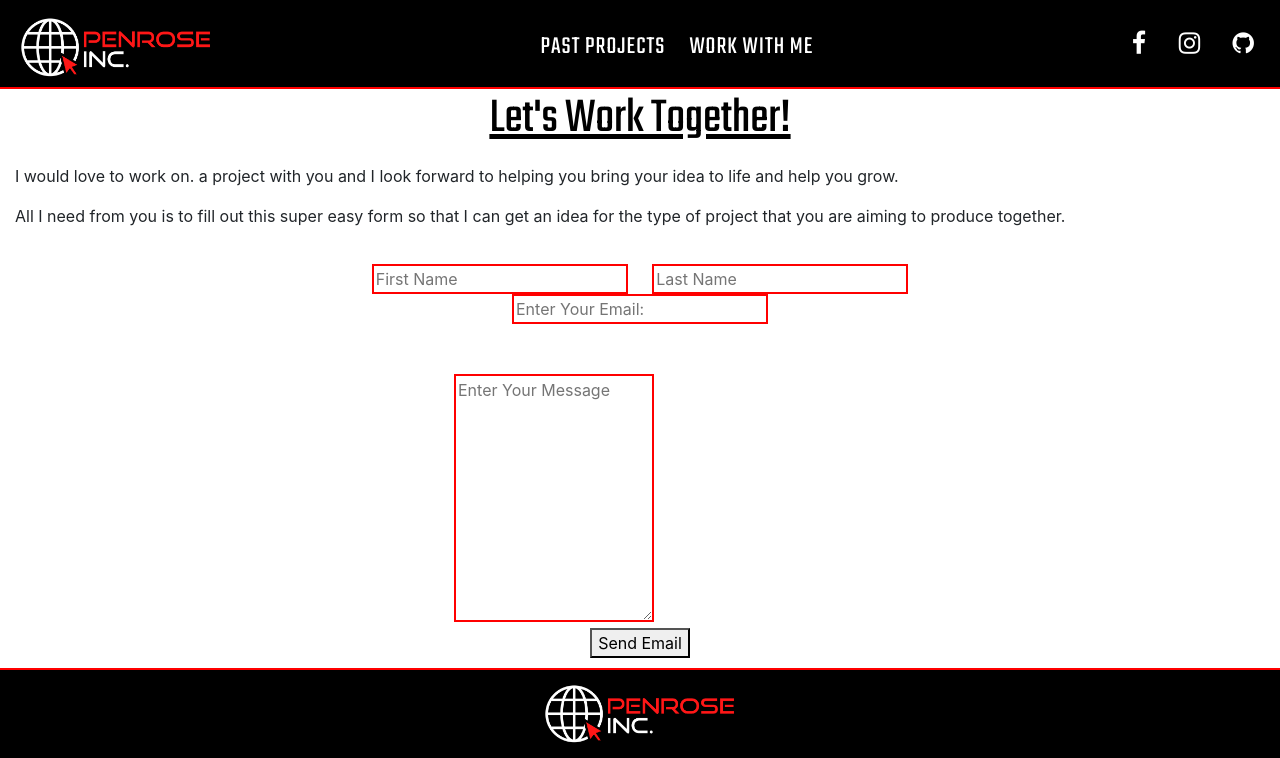
Repository: mrwillpenrose/penrose-inc
Page: work-with-me.html
The author's editor kept a record of every edit. The page is drawn from the files as they stood at one moment, then again after the next edit.
The browser window is 1280 px wide. The pictures show the whole page.
Some web libraries are served in a nearby version.

Above is the page before.

After the next edit:
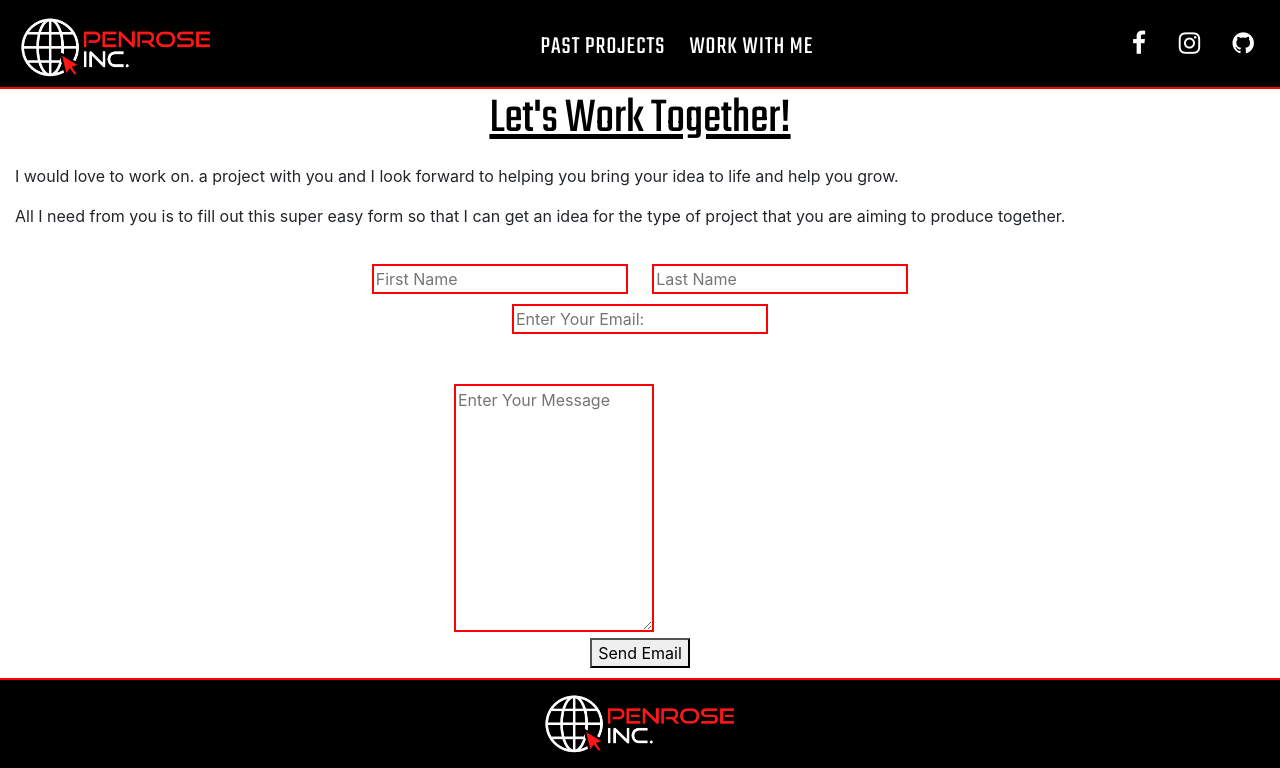
The edit:
--- a/css/style.css
+++ b/css/style.css
@@ -141,7 +141,6 @@
 
 form .name {
     margin: 10px;
-    margin-bottom: 0px;
 }
 
 textarea {
